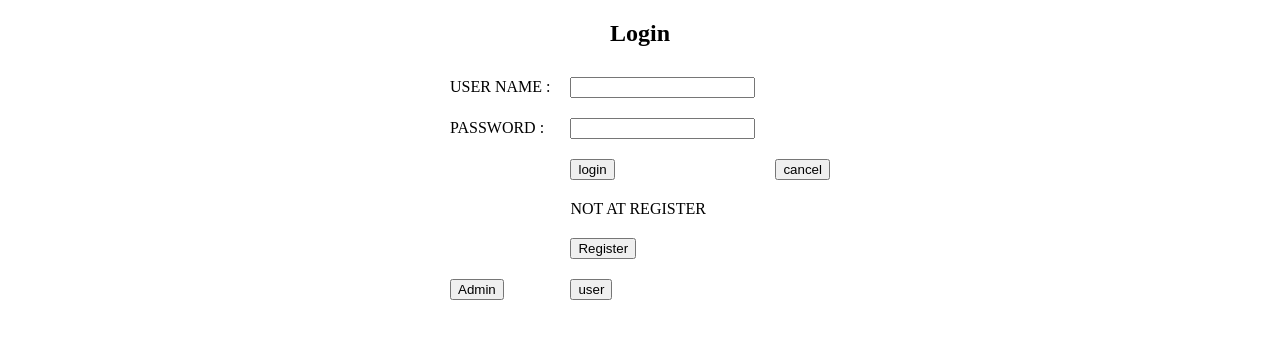
Repository: saik46573/sai
Page: http://localhost/Project/SellerLogin.jsp
The author's editor kept a copy of each file at every save. The page is drawn from the files as they stood at one save, then again after the next save.
The browser window is 1280 px wide. The pictures show the whole page.
The page is served by Tomcat 9.

Above is the page before, as saved 2023-08-10 05:29:45.

After the next save:
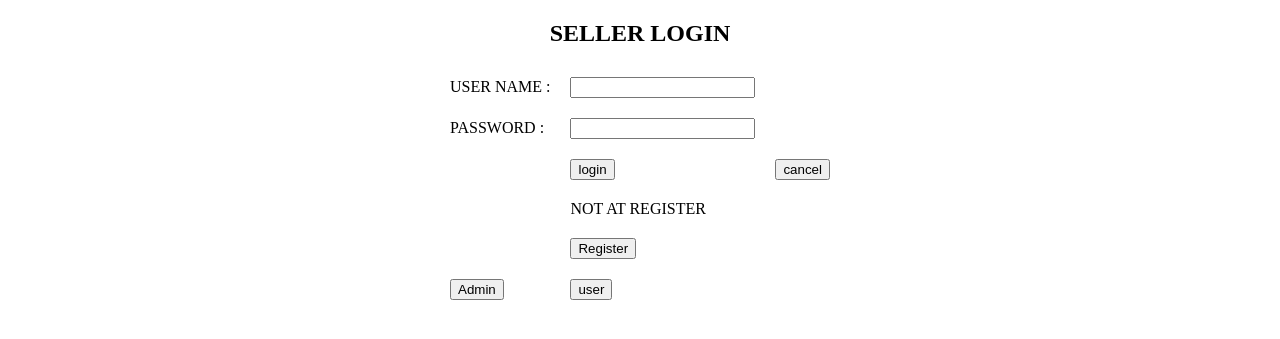
Saved 30 s later.
--- a/eclipse-workspace/Project/src/main/webapp/SellerLogin.jsp
+++ b/eclipse-workspace/Project/src/main/webapp/SellerLogin.jsp
@@ -7,7 +7,7 @@
 <title>Insert title here</title>
 </head>
 <body>
-<h2 align="center">Login </h2>
+<h2 align="center"> SELLER LOGIN </h2>
 <form action="login" method="post">
 	<table  align="center" cellpadding="10px" cellspacing="10px" style="border-collapse: collapse">
 	<tr>
